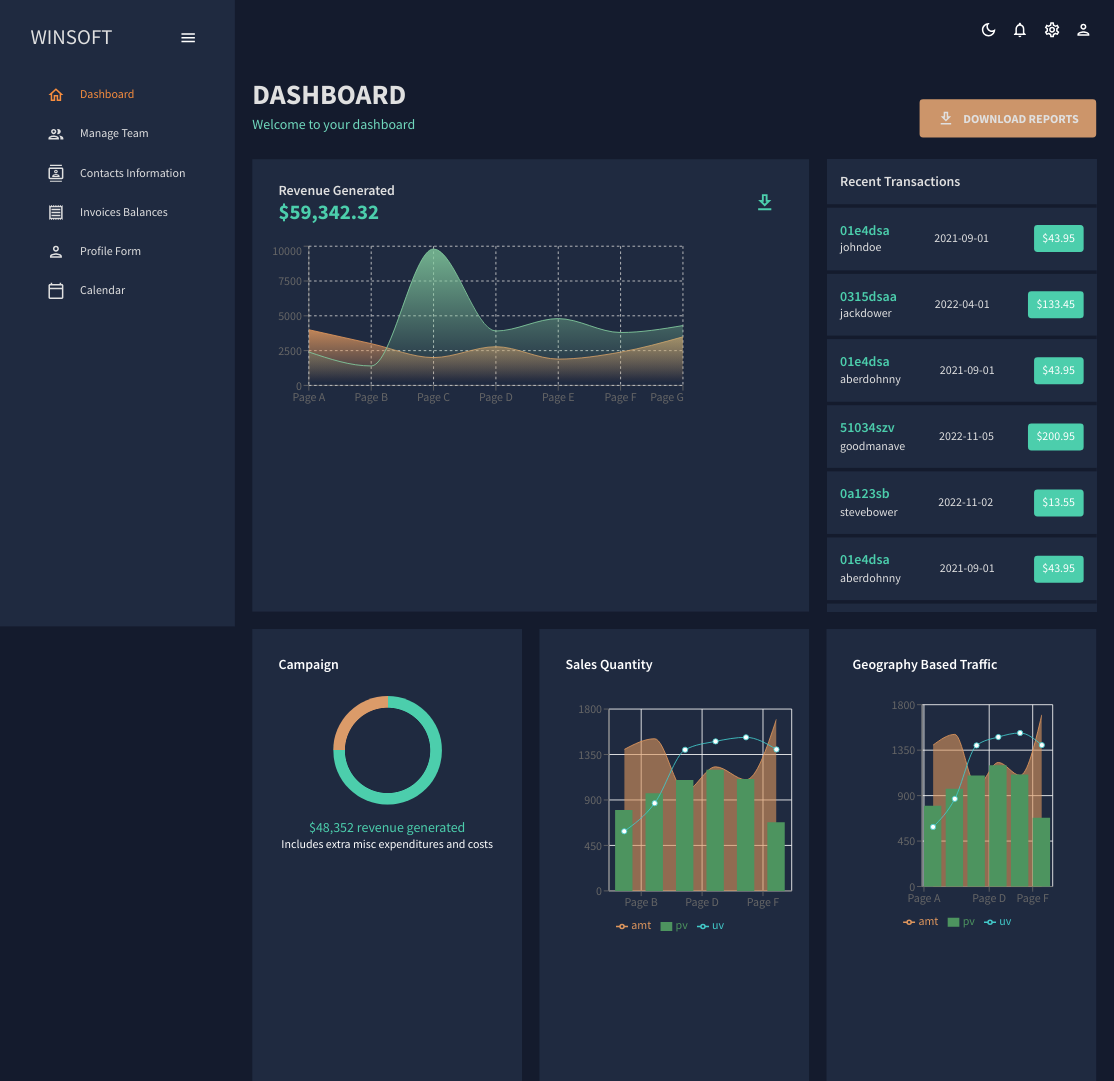
Repository: thamaraiselvan315731/winssoft
Page: /
The author's editor kept a copy of each file at every save. The page is drawn from the files as they stood at one save, then again after the next save.
The browser window is 1280 px wide. The pictures show the whole page, at 87% of full size.
The project was rebuilt for these pictures with package versions that can differ from the ones it lists, and the page was loaded fresh each time. Also part of the build but not shown: src/pages/team/index.jsx, src/pages/invoices/index.jsx, src/pages/contacts/index.jsx, src/pages/form/index.jsx, src/components/LineChart.jsx, src/data/mockGeoFeatures.js, src/components/GeographyChart.jsx, src/components/BarChart.jsx and 3 more.

Above is the page before, as saved 2022-12-01 11:16:56.

### src/App.js
import { useState } from "react";
import { Routes, Route } from "react-router-dom";
import Topbar from "./pages/global/Topbar";
import Sidebar from "./pages/global/Sidebar";
import Team from "./pages/team";
import Invoices from "./pages/invoices";
import Contacts from "./pages/contacts";
import Form from "./pages/form";
// import Bar from "./pages/bar";
// import Line from "./pages/line";
// import Pie from "./pages/pie";
// import Geography from "./pages/geography";
import Dashboard from "./pages/dashboard";
import FAQ from "./pages/faq";
import { CssBaseline, ThemeProvider } from "@mui/material";
import { ColorModeContext, useMode } from "./theme";
import Calendar from "./pages/calendar/calendar";

function App() {
  const [theme, colorMode] = useMode();
  const [isSidebar, setIsSidebar] = useState(true);

  return (
    <ColorModeContext.Provider value={colorMode}>
      <ThemeProvider theme={theme}>
        <CssBaseline />
        <div className="app">
          <Sidebar isSidebar={isSidebar} />
          <main className="content">
            <Topbar setIsSidebar={setIsSidebar} />
            <Routes>
              <Route path="/" element={<Dashboard />} />
              <Route path="/team" element={<Team />} />
              <Route path="/contacts" element={<Contacts />} />
              <Route path="/invoices" element={<Invoices />} />
              <Route path="/form" element={<Form />} />
              {/* <Route path="/bar" element={<Bar />} />
              <Route path="/pie" element={<Pie />} />
              <Route path="/line" element={<Line />} /> */}
              <Route path="/faq" element={<FAQ />} />
              <Route path="/calendar" element={<Calendar />} />
              {/* <Route path="/geography" element={<Geography />} /> */}
            </Routes>
          </main>
        </div>
      </ThemeProvider>
    </ColorModeContext.Provider>
  );
}

export default App;

### src/pages/global/Topbar.jsx
import { Box, IconButton, useTheme } from "@mui/material";
import { useContext } from "react";
import { ColorModeContext, tokens } from "../../theme";
import InputBase from "@mui/material/InputBase";
import LightModeOutlinedIcon from "@mui/icons-material/LightModeOutlined";
import DarkModeOutlinedIcon from "@mui/icons-material/DarkModeOutlined";
import NotificationsOutlinedIcon from "@mui/icons-material/NotificationsOutlined";
import SettingsOutlinedIcon from "@mui/icons-material/SettingsOutlined";
import PersonOutlinedIcon from "@mui/icons-material/PersonOutlined";
import SearchIcon from "@mui/icons-material/Search";

const Topbar = () => {
  const theme = useTheme();
  const colors = tokens(theme.palette.mode);
  const colorMode = useContext(ColorModeContext);

  return (
    <Box display="flex" justifyContent="flex-end" p={2}>
      {/* SEARCH BAR */}
      {/* <Box
        display="flex"
        backgroundColor={colors.primary[400]}
        borderRadius="3px"
      >
        <InputBase sx={{ ml: 2, flex: 1 }} placeholder="Search" />
        <IconButton type="button" sx={{ p: 1 }}>
          <SearchIcon />
        </IconButton>
      </Box> */}

      {/* ICONS */}
      <Box display="flex">
        <IconButton onClick={colorMode.toggleColorMode}>
          {theme.palette.mode === "dark" ? (
            <DarkModeOutlinedIcon />
          ) : (
            <LightModeOutlinedIcon />
          )}
        </IconButton>
        <IconButton>
          <NotificationsOutlinedIcon />
        </IconButton>
        <IconButton>
          <SettingsOutlinedIcon />
        </IconButton>
        <IconButton>
          <PersonOutlinedIcon />
        </IconButton>
      </Box>
    </Box>
  );
};

export default Topbar;

### src/pages/global/Sidebar.jsx
import { useState } from "react";
import { ProSidebar, Menu, MenuItem } from "react-pro-sidebar";
import { Box, IconButton, Typography, useTheme } from "@mui/material";
import { Link } from "react-router-dom";
import "react-pro-sidebar/dist/css/styles.css";
import { tokens } from "../../theme";
import HomeOutlinedIcon from "@mui/icons-material/HomeOutlined";
import PeopleOutlinedIcon from "@mui/icons-material/PeopleOutlined";
import ContactsOutlinedIcon from "@mui/icons-material/ContactsOutlined";
import ReceiptOutlinedIcon from "@mui/icons-material/ReceiptOutlined";
import PersonOutlinedIcon from "@mui/icons-material/PersonOutlined";
import CalendarTodayOutlinedIcon from "@mui/icons-material/CalendarTodayOutlined";// eslint-disable-next-line
import HelpOutlineOutlinedIcon from "@mui/icons-material/HelpOutlineOutlined";// eslint-disable-next-line
import BarChartOutlinedIcon from "@mui/icons-material/BarChartOutlined";// eslint-disable-next-line
import PieChartOutlineOutlinedIcon from "@mui/icons-material/PieChartOutlineOutlined";// eslint-disable-next-line
import TimelineOutlinedIcon from "@mui/icons-material/TimelineOutlined";// eslint-disable-next-line
import MenuOutlinedIcon from "@mui/icons-material/MenuOutlined";// eslint-disable-next-line
import MapOutlinedIcon from "@mui/icons-material/MapOutlined";// eslint-disable-next-line

const Item = ({ title, to, icon, selected, setSelected }) => {
  const theme = useTheme();
  const colors = tokens(theme.palette.mode);
  return (
    <MenuItem
      active={selected === title}
      style={{
        color: colors.grey[100],
      }}
      onClick={() => setSelected(title)}
      icon={icon}
    >
      <Typography>{title}</Typography>
      <Link to={to} />
    </MenuItem>
  );
};

const Sidebar = () => {
  const theme = useTheme();
  const colors = tokens(theme.palette.mode);
  const [isCollapsed, setIsCollapsed] = useState(false);
  const [selected, setSelected] = useState("Dashboard");

  return (
    <Box
      sx={{
        "& .pro-sidebar-inner": {
          background: `${colors.primary[400]} !important`,
        },
        "& .pro-icon-wrapper": {
          backgroundColor: "transparent !important",
        },
        "& .pro-inner-item": {
          padding: "5px 35px 5px 20px !important",
        },
        "& .pro-inner-item:hover": {
          color: "#f78d3e !important",
        },
        "& .pro-menu-item.active": {
          color: "#f78d3e !important",
        },
      }}
    >
      <ProSidebar collapsed={isCollapsed}>
        <Menu iconShape="square">
          {/* LOGO AND MENU ICON */}
          <MenuItem
            onClick={() => setIsCollapsed(!isCollapsed)}
            icon={isCollapsed ? <MenuOutlinedIcon /> : undefined}
            style={{
              margin: "10px 0 20px 0",
              color: colors.grey[100],
            }}
          >
            {!isCollapsed && (
              <Box
                display="flex"
                justifyContent="space-between"
                alignItems="center"
                ml="15px"
              >
                <Typography variant="h3" color={colors.grey[100]}>
                  WINSOFT
                </Typography>
                <IconButton onClick={() => setIsCollapsed(!isCollapsed)}>
                  <MenuOutlinedIcon />
                </IconButton>
              </Box>
            )}
          </MenuItem>

          {/* {!isCollapsed && (
            <Box mb="25px">
              <Box display="flex" justifyContent="center" alignItems="center">
                <img
                  alt="profile-user"
                  width="100px"
                  height="100px"
                  src={`../../assets/user.png`}
                  style={{ cursor: "pointer", borderRadius: "50%" }}
                />
              </Box>
              <Box textAlign="center">
                <Typography
                  variant="h2"
                  color={colors.grey[100]}
                  fontWeight="bold"
                  sx={{ m: "10px 0 0 0" }}
                >
                  Ed Roh
                </Typography>
                <Typography variant="h5" color={colors.greenAccent[500]}>
                  VP Fancy Admin
                </Typography>
              </Box>
            </Box>
          )} */}

          <Box paddingLeft={isCollapsed ? undefined : "10%"}>
            <Item
              title="Dashboard"
              to="/"
              icon={<HomeOutlinedIcon />}
              selected={selected}
              setSelected={setSelected}
            />

            {/* <Typography
              variant="h6"
              color={colors.grey[300]}
              sx={{ m: "15px 0 5px 20px" }}
            >
              Data
            </Typography> */}
            <Item
              title="Manage Team"
              to="/team"
              icon={<PeopleOutlinedIcon />}
              selected={selected}
              setSelected={setSelected}
            />
            <Item
              title="Contacts Information"
              to="/contacts"
              icon={<ContactsOutlinedIcon />}
              selected={selected}
              setSelected={setSelected}
            />
            <Item
              title="Invoices Balances"
              to="/invoices"
              icon={<ReceiptOutlinedIcon />}
              selected={selected}
              setSelected={setSelected}
            />

            {/* <Typography
              variant="h6"
              color={colors.grey[300]}
              sx={{ m: "15px 0 5px 20px" }}
            >
              Pages
            </Typography> */}
            <Item
              title="Profile Form"
              to="/form"
              icon={<PersonOutlinedIcon />}
              selected={selected}
              setSelected={setSelected}
            />
            <Item
              title="Calendar"
              to="/calendar"
              icon={<CalendarTodayOutlinedIcon />}
              selected={selected}
              setSelected={setSelected}
            />
            {/* <Item
              title="FAQ Page"
              to="/faq"
              icon={<HelpOutlineOutlinedIcon />}
              selected={selected}
              setSelected={setSelected}
            /> */}

            {/* <Typography
              variant="h6"
              color={colors.grey[300]}
              sx={{ m: "15px 0 5px 20px" }}
            >
              Charts
            </Typography>
            <Item
              title="Bar Chart"
              to="/bar"
              icon={<BarChartOutlinedIcon />}
              selected={selected}
              setSelected={setSelected}
            />
            <Item
              title="Pie Chart"
              to="/pie"
              icon={<PieChartOutlineOutlinedIcon />}
              selected={selected}
              setSelected={setSelected}
            />
            <Item
              title="Line Chart"
              to="/line"
              icon={<TimelineOutlinedIcon />}
              selected={selected}
              setSelected={setSelected}
            />
            <Item
              title="Geography Chart"
              to="/geography"
              icon={<MapOutlinedIcon />}
              selected={selected}
              setSelected={setSelected}
            /> */}
          </Box>
        </Menu>
      </ProSidebar>
    </Box>
  );
};

export default Sidebar;

### src/pages/dashboard/index.jsx
import { Box, Button, IconButton, Typography, useTheme } from "@mui/material";
import { tokens } from "../../theme";
import { mockTransactions } from "../../data/mockData";
import DownloadOutlinedIcon from "@mui/icons-material/DownloadOutlined";
import { AreaCharts } from "../../Charts/AreaChart"
import CombinedCharts from "../../Charts/CombinedCharts"
import EmailIcon from "@mui/icons-material/Email";
import PointOfSaleIcon from "@mui/icons-material/PointOfSale";
import PersonAddIcon from "@mui/icons-material/PersonAdd";
import TrafficIcon from "@mui/icons-material/Traffic";
import Header from "../../components/Header";
import LineChart from "../../components/LineChart";
import GeographyChart from "../../components/GeographyChart";
import BarChart from "../../components/BarChart";
import StatBox from "../../components/StatBox";
import ProgressCircle from "../../components/ProgressCircle";

const Dashboard = () => {
  const theme = useTheme();
  const colors = tokens(theme.palette.mode);

  return (

    <Box m="20px">
      {/* HEADER */}
      <Box display="flex" justifyContent="space-between" alignItems="center">
        <Header title="DASHBOARD" subtitle="Welcome to your dashboard" />

        <Box>
          <Button
            sx={{
              backgroundColor: colors.blueAccent[700],
              color: colors.grey[100],
              fontSize: "14px",
              fontWeight: "bold",
              padding: "10px 20px",
            }}
          >
            <DownloadOutlinedIcon sx={{ mr: "10px" }} />
            Download Reports
          </Button>
        </Box>
      </Box>

      {/* GRID & CHARTS */}
      <Box
        display="grid"
        gridTemplateColumns="repeat(12, 1fr)"
        gridAutoRows="250px"
        gap="20px"
      >
        {/* ROW 1 */}
        {/* <Box
          gridColumn="span 8"
          backgroundColor={colors.primary[400]}
          display="flex"
          alignItems="center"
          justifyContent="center"
        >
          <AreaCharts />

        </Box> */}

        {/* <Box
          gridColumn="span 3"
          backgroundColor={colors.primary[400]}
          display="flex"
          alignItems="center"
          justifyContent="center"
        >
          <StatBox
            title="431,225"
            subtitle="Sales Obtained"
            progress="0.50"
            increase="+21%"
            icon={
              <PointOfSaleIcon
                sx={{ color: colors.greenAccent[600], fontSize: "26px" }}
              />
            }
          />
        </Box>
        <Box
          gridColumn="span 3"
          backgroundColor={colors.primary[400]}
          display="flex"
          alignItems="center"
          justifyContent="center"
        >
          <StatBox
            title="32,441"
            subtitle="New Clients"
            progress="0.30"
            increase="+5%"
            icon={
              <PersonAddIcon
                sx={{ color: colors.greenAccent[600], fontSize: "26px" }}
              />
            }
          />
        </Box>
        <Box
          gridColumn="span 3"
          backgroundColor={colors.primary[400]}
          display="flex"
          alignItems="center"
          justifyContent="center"
        >
          <StatBox
            title="1,325,134"
            subtitle="Traffic Received"
            progress="0.80"
            increase="+43%"
            icon={
              <TrafficIcon
                sx={{ color: colors.greenAccent[600], fontSize: "26px" }}
              />
            }
          />
        </Box> */}

        {/* ROW 2 */}
        <Box
          gridColumn="span 8"
          gridRow="span 2"
          backgroundColor={colors.primary[400]}
        >
          <Box
            mt="25px"
            p="0 30px"
            display="flex "
            justifyContent="space-between"
            alignItems="center"
          >
            <Box>
              <Typography
                variant="h5"
                fontWeight="600"
                color={colors.grey[100]}
              >
                Revenue Generated
              </Typography>
              <Typography
                variant="h3"
                fontWeight="bold"
                color={colors.greenAccent[500]}
              >
                $59,342.32
              </Typography>
            </Box>
            <Box>
              <IconButton>
                <DownloadOutlinedIcon
                  sx={{ fontSize: "26px", color: colors.greenAccent[500] }}
                />
              </IconButton>
            </Box>
          </Box>
          <Box height="250px" m="20px 0 0 0">
            <AreaCharts />
          </Box>
        </Box>
        <Box
          gridColumn="span 4"
          gridRow="span 2"
          backgroundColor={colors.primary[400]}
          overflow="auto"
        >
          <Box
            display="flex"
            justifyContent="space-between"
            alignItems="center"
            borderBottom={`4px solid ${colors.primary[500]}`}
            colors={colors.grey[100]}
            p="15px"
          >
            <Typography color={colors.grey[100]} variant="h5" fontWeight="600">
              Recent Transactions
            </Typography>
          </Box>
          {mockTransactions.map((transaction, i) => (
            <Box
              key={`${transaction.txId}-${i}`}
              display="flex"
              justifyContent="space-between"
              alignItems="center"
              borderBottom={`4px solid ${colors.primary[500]}`}
              p="15px"
            >
              <Box>
                <Typography
                  color={colors.greenAccent[500]}
                  variant="h5"
                  fontWeight="600"
                >
                  {transaction.txId}
                </Typography>
                <Typography color={colors.grey[100]}>
                  {transaction.user}
                </Typography>
              </Box>
              <Box color={colors.grey[100]}>{transaction.date}</Box>
              <Box
                backgroundColor={colors.greenAccent[500]}
                p="5px 10px"
                borderRadius="4px"
              >
                ${transaction.cost}
              </Box>
            </Box>
          ))}
        </Box>

        {/* ROW 3 */}
        <Box
          gridColumn="span 4"
          gridRow="span 2"
          backgroundColor={colors.primary[400]}
          p="30px"
        >
          <Typography variant="h5" fontWeight="600">
            Campaign
          </Typography>
          <Box
            display="flex"
            flexDirection="column"
            alignItems="center"
            mt="25px"
          >
            <ProgressCircle size="125" />
            <Typography
              variant="h5"
              color={colors.greenAccent[500]}
              sx={{ mt: "15px" }}
            >
              $48,352 revenue generated
            </Typography>
            <Typography>Includes extra misc expenditures and costs</Typography>
          </Box>
        </Box>
        <Box
          gridColumn="span 4"
          gridRow="span 2"
          backgroundColor={colors.primary[400]}
        >
          <Typography
            variant="h5"
            fontWeight="600"
            sx={{ padding: "30px 30px 0 30px" }}
          >
            Sales Quantity
          </Typography>
          <Box height="250px" mt="20px">
            <CombinedCharts />
          </Box>
        </Box>
        <Box
          gridColumn="span 4"
          gridRow="span 2"
          backgroundColor={colors.primary[400]}
          padding="30px"
        >
          <Typography
            variant="h5"
            fontWeight="600"
            sx={{ marginBottom: "15px" }}
          >
            Geography Based Traffic
          </Typography>
          <Box height="200px">
            <CombinedCharts />
          </Box>
        </Box>
      </Box>
    </Box>
  );
};

export default Dashboard;

### src/Charts/AreaChart.js
import { LineChart, Line, AreaChart, ResponsiveContainer, YAxis, Area, Tooltip, CartesianGrid, linearGradient, XAxis } from 'recharts';


const data = [
    {
        "name": "Page A",
        "uv": 4000,
        "pv": 2400,
        "amt": 2400
    },
    {
        "name": "Page B",
        "uv": 3000,
        "pv": 1398,
        "amt": 2210
    },
    {
        "name": "Page C",
        "uv": 2000,
        "pv": 9800,
        "amt": 2290
    },
    {
        "name": "Page D",
        "uv": 2780,
        "pv": 3908,
        "amt": 2000
    },
    {
        "name": "Page E",
        "uv": 1890,
        "pv": 4800,
        "amt": 2181
    },
    {
        "name": "Page F",
        "uv": 2390,
        "pv": 3800,
        "amt": 2500
    },
    {
        "name": "Page G",
        "uv": 3490,
        "pv": 4300,
        "amt": 2100
    }
]


export const AreaCharts = () => {
    // const theme = useTheme();
    // const colors = tokens(theme.palette.mode);

    return (
        <ResponsiveContainer width={500} height="80%">
            < AreaChart width={530} height={250} data={data}
            >
                <defs>
                    <linearGradient id="colorUv" x1="0" y1="0" x2="0" y2="1">
                        <stop offset="5%" stopColor="#de965d" stopOpacity={0.8} />
                        <stop offset="95%" stopColor="#de965d" stopOpacity={0} />
                    </linearGradient>
                    <linearGradient id="colorPv" x1="0" y1="0" x2="0" y2="1">
                        <stop offset="5%" stopColor="#82ca9d" stopOpacity={0.8} />
                        <stop offset="95%" stopColor="#82ca9d" stopOpacity={0} />
                    </linearGradient>
                </defs>
                <XAxis dataKey="name" />
                <YAxis />
                <CartesianGrid strokeDasharray="3 3" />
                <Tooltip />
                <Area type="monotone" dataKey="uv" stroke="#de965d" fillOpacity={1} fill="url(#colorUv)" />
                <Area type="monotone" dataKey="pv" stroke="#82ca9d" fillOpacity={1} fill="url(#colorPv)" />
            </AreaChart ></ResponsiveContainer>
    );
};

Loaded but not shown: public/index.html (common file); src/index.js (common file); src/index.css (common file); src/components/Header.jsx (common file); src/components/ProgressCircle.jsx (common file); src/data/mockData.js (1283 lines, source omitted); src/theme.js (214 lines, source omitted); src/Charts/CombinedCharts.js (85 lines, source omitted)

After the next save:
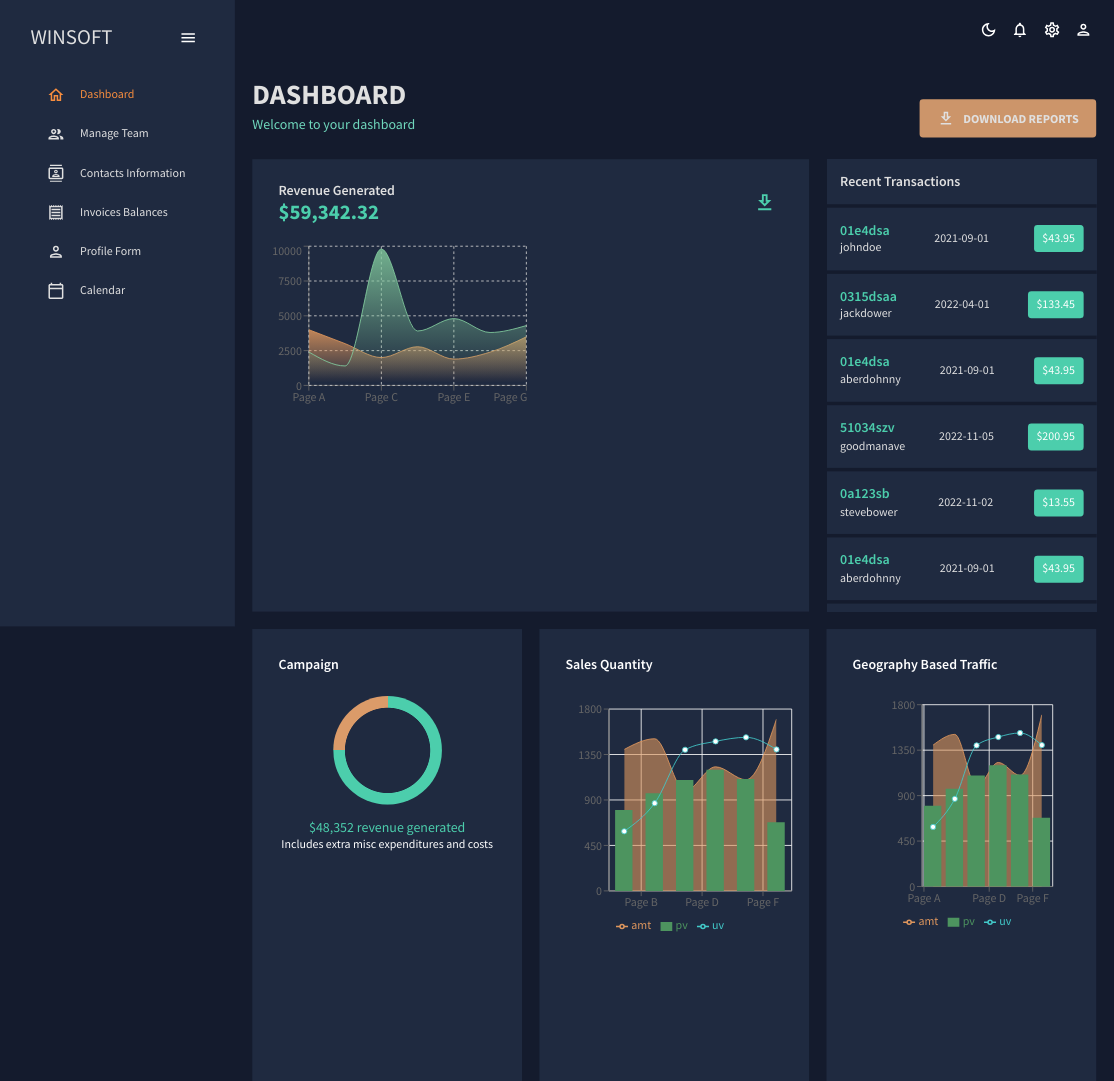
Saved 2 min 47 s later.
--- a/src/Charts/AreaChart.js
+++ b/src/Charts/AreaChart.js
@@ -52,8 +52,8 @@ export const AreaCharts = () => {
     // const colors = tokens(theme.palette.mode);
 
     return (
-        <ResponsiveContainer width={500} height="80%">
-            < AreaChart width={530} height={250} data={data}
+        <ResponsiveContainer width="50%" height="80%">
+            < AreaChart width="50%" height="80%" data={data}
             >
                 <defs>
                     <linearGradient id="colorUv" x1="0" y1="0" x2="0" y2="1">
